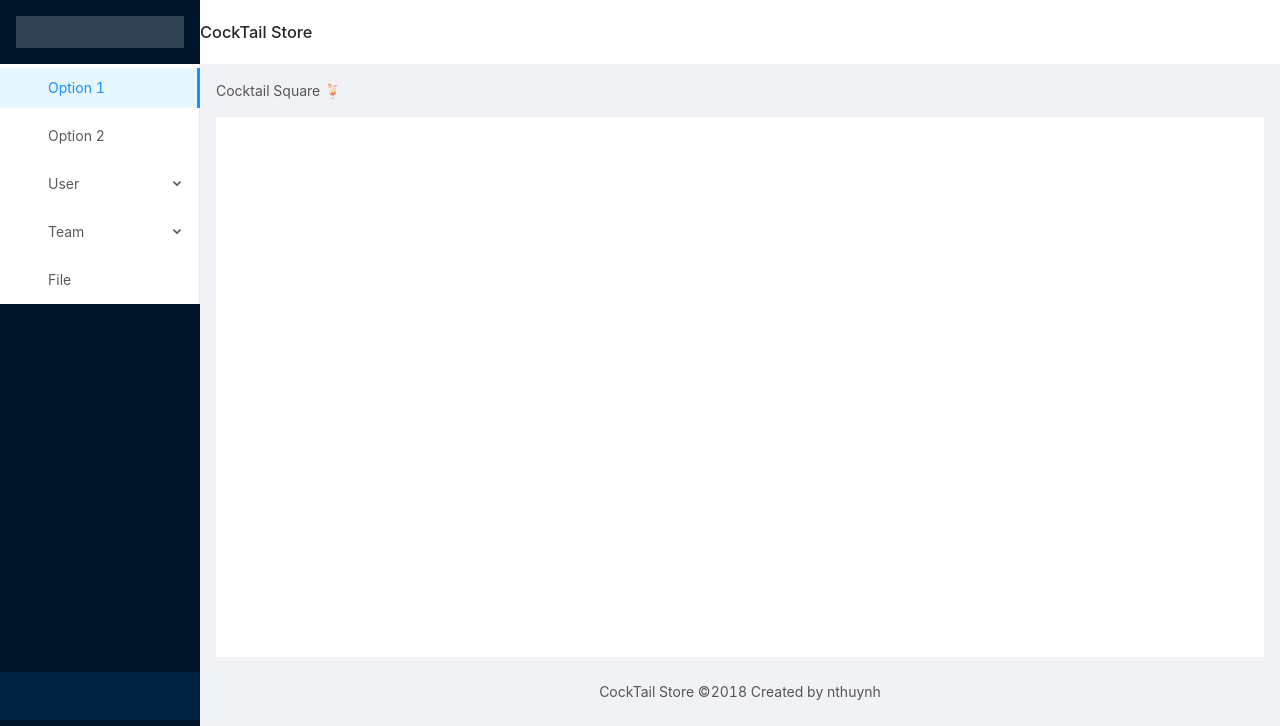
Repository: huynhnt1406/cocktail
Page: /
These files come from the project's save history. The page is drawn as it stood at one moment and after the next save; the edit follows.
The browser window is 1280 px wide. The pictures show the whole page.
The page's requests for data from a server got no answer. The project was rebuilt for these pictures with package versions that can differ from the ones it lists, and the page was loaded fresh each time. No one was signed in, and anything a server would have sent is missing.

Above is the page before, as saved 2021-05-06 00:20:41.

### public/index.html
<!DOCTYPE html>
<html lang="">
  <head>
    <meta charset="utf-8">
    <meta http-equiv="X-UA-Compatible" content="IE=edge">
    <meta name="viewport" content="width=device-width,initial-scale=1.0">
    <link rel="icon" href="<%= BASE_URL %>favicon.ico">
    <title><%= htmlWebpackPlugin.options.title %></title>
    <link rel="preconnect" href="https://fonts.gstatic.com">
    <link href="https://fonts.googleapis.com/css2?family=Poppins:ital,wght@0,200;0,300;1,400&display=swap" rel="stylesheet">
  </head>
  <body>
    <noscript>
      <strong>We're sorry but <%= htmlWebpackPlugin.options.title %> doesn't work properly without JavaScript enabled. Please enable it to continue.</strong>
    </noscript>
    <div id="app"></div>
    <!-- built files will be auto injected -->
  </body>
</html>

### src/main.js
import Vue from 'vue'
import App from './App.vue'
import store from './store/index'
import router from './router/index'
import 'ant-design-vue/dist/antd.css';
import Antd from 'ant-design-vue';
Vue.config.productionTip = false
Vue.use(Antd);
new Vue({
  store,
  router,
  render: h => h(App),
}).$mount('#app')

### src/App.vue
<template>
  <a-layout id="components-layout-demo-side" theme="light"  style="min-height: 100vh">
    <a-layout-sider v-model="collapsed" collapsible>
      <div class="logo" />
      <a-menu theme="light" :default-selected-keys="['1']" mode="inline">
        <a-menu-item key="1">
          <a-icon type="pie-chart" />
          <span>Option 1</span>
        </a-menu-item>
        <a-menu-item key="2">
          <a-icon type="desktop" />
          <span>Option 2</span>
        </a-menu-item>
        <a-sub-menu key="sub1">
          <span slot="title"><a-icon type="user" /><span>User</span></span>
          <a-menu-item key="3">
            Tom
          </a-menu-item>
          <a-menu-item key="4">
            Bill
          </a-menu-item>
          <a-menu-item key="5">
            Alex
          </a-menu-item>
        </a-sub-menu>
        <a-sub-menu key="sub2">
          <span slot="title"><a-icon type="team" /><span>Team</span></span>
          <a-menu-item key="6">
            Team 1
          </a-menu-item>
          <a-menu-item key="8">
            Team 2
          </a-menu-item>
        </a-sub-menu>
        <a-menu-item key="9">
          <a-icon type="file" />
          <span>File</span>
        </a-menu-item>
      </a-menu>
    </a-layout-sider>
    <a-layout>
      <a-layout-header style="background: #fff; padding: 0" >
        <h3>CockTail Store</h3>
      </a-layout-header>
      <a-layout-content style="margin: 0 16px">
        <a-breadcrumb style="margin: 16px 0">
          <a-breadcrumb-item>Cocktail Square 🍹</a-breadcrumb-item>
        </a-breadcrumb>
        <div class="cocktail-lists" :style="{ padding: '24px', background: '#fff', minHeight: '360px' }">
          <CockTail/>
        </div>
      </a-layout-content>
      <a-layout-footer style="text-align: center">
        CockTail Store ©2018 Created by nthuynh
      </a-layout-footer>
    </a-layout>
  </a-layout>
</template>
<script>
import CockTail from './components/CockTail'
export default {
  data() {
    return {
      collapsed: false,
    };
  },
  components:{
    CockTail,
  }
};
</script>

<style>
#components-layout-demo-side .logo {
  height: 32px;
  background: rgba(255, 255, 255, 0.2);
  margin: 16px;
}
#components-layout-demo-side{
  background-color: red;
}
.cocktail-lists{
  overflow-y: scroll;
  height: 75vh;
}
</style>

### src/store/index.js
import Vue from 'vue'
import Vuex from 'vuex'
import cocktail from './modules/cocktail'
Vue.use(Vuex)
export default new Vuex.Store({
    modules:{
        cocktail
    }
})

### src/router/index.js
import Vue from 'vue'
import VueRouter from 'vue-router'

Vue.use(VueRouter)

export default new VueRouter({
    mode:'history'
})

### src/components/CockTail.vue
<template >
    <div class="homepage">
        <div class="list" v-for="cocktail in allCocktails" :key="cocktail.id">
            <div class="each-cocktail">
                <div class="cocktail-img">
                     <img :src="cocktail.strDrinkThumb" :alt="cocktail.idDrink">
                </div>
                <div class="cocktail-detail">
                    <h3>Category : {{cocktail.strCategory}}</h3>
                </div>
            </div>
        </div>
    </div>
</template>
<script>
import {mapGetters, mapActions} from 'vuex'
export default {
    name:'Cocktail',
    computed: mapGetters(["allCocktails"]),
    created(){
        this.fetchCocktail()
    },
    methods:{
        ...mapActions(["fetchCocktail"])
    },
}
</script>
<style >
.homepage{
    font-family: "Poppins",sans-serif;
}
.list img{
    height: 150px;
    width: 150px;
}
.list{
    display: flex;
    flex-wrap: wrap;
}
</style>

### src/store/modules/cocktail.js
import axios from 'axios'

const state = {
    cocktailLists: []
}
const getters = {
    allCocktails : state => state.cocktailLists
}
const actions = {
    async fetchCocktail({commit}){
        const res = await axios.get('https://www.thecocktaildb.com/api/json/v1/1/search.php?f=b')
        commit('getCocktail', res.data.drinks)
        console.log(res.data.drinks)
    }
}

const mutations = {
    getCocktail : (state, cocktailLists) => state.cocktailLists = cocktailLists
}

export default {
    state,getters,actions,mutations
}

### src/components/SearchBar.vue
<template>
  <div class="searchbar">
    <div class="search-tool">
        <a-icon type="search"  />
        <input type="text" placeholder="Search..." >
    </div>
    <div class="icons">
        <a-avatar shape="square" icon="user" type="user" style="color:black ;backgroundColor:transparent; border-radius:7px "  />
    </div>
  </div>
</template>

<script>
export default {
}
</script>

<style>
.searchbar{
    padding:2vh 4vh 2vh 4vh;
    display: flex;
    justify-content: space-between;
    align-items: center;
    flex:1;
}
.search-tool {
    background-color: white;
    box-shadow: 0 1px 1px rgba(0,0,0,.5);
    padding:8px;
    flex:0.5;
    border-radius: 20px;
}
.search-tool input{
    width: 50%;
    background-color: transparent;
    border:none;
    outline:none;
}
</style>

After the next save:
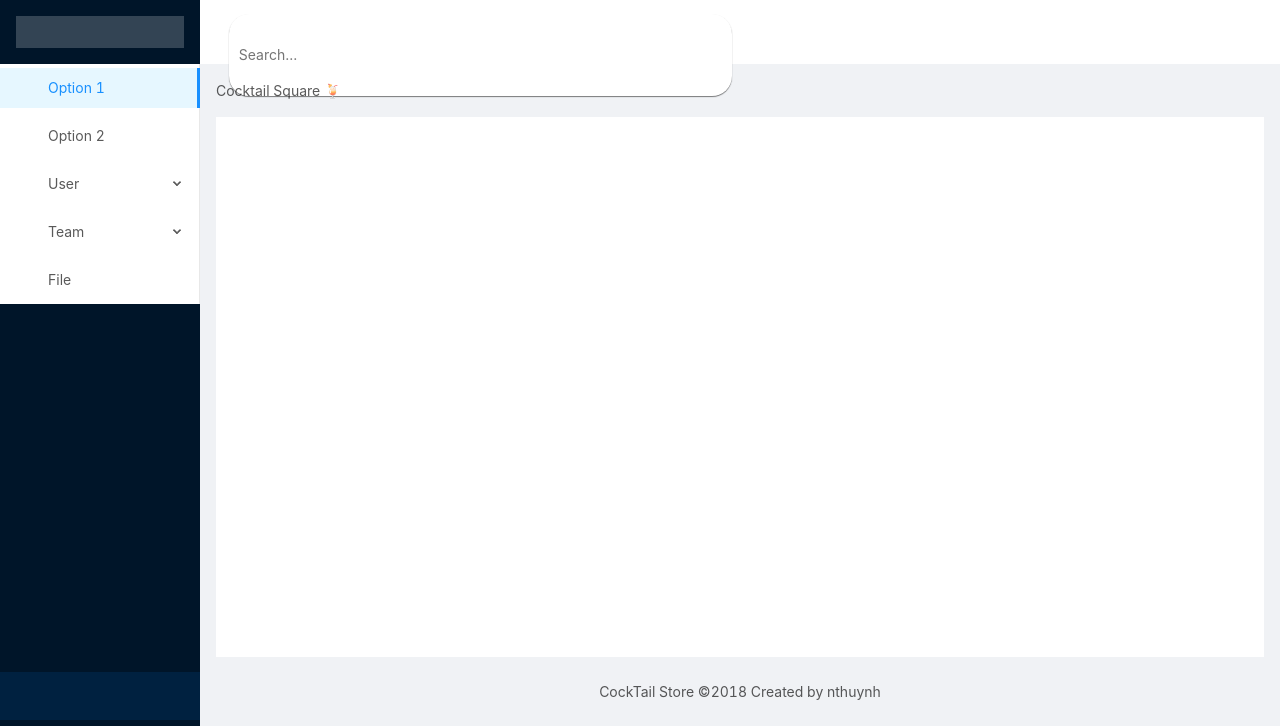
Saved 30 s later.
--- a/src/App.vue
+++ b/src/App.vue
@@ -40,7 +40,7 @@
     </a-layout-sider>
     <a-layout>
       <a-layout-header style="background: #fff; padding: 0" >
-        <h3>CockTail Store</h3>
+        <SearchBar/>
       </a-layout-header>
       <a-layout-content style="margin: 0 16px">
         <a-breadcrumb style="margin: 16px 0">
@@ -57,6 +57,7 @@
   </a-layout>
 </template>
 <script>
+import SearchBar from './components/SearchBar'
 import CockTail from './components/CockTail'
 export default {
   data() {
@@ -66,6 +67,7 @@ export default {
   },
   components:{
     CockTail,
+    SearchBar
   }
 };
 </script>
